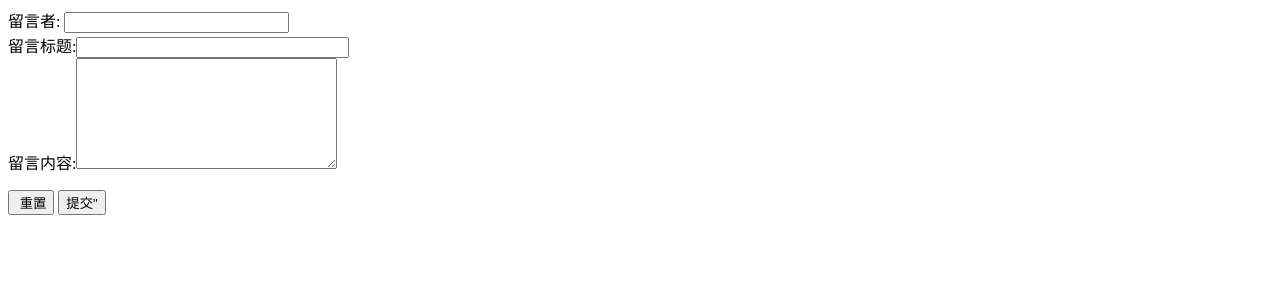
Repository: wikelgc/JSP
Page: http://localhost/HTML5_from/
The author's editor kept a copy of each file at every save. The page is drawn from the files as they stood at one save, then again after the next save.
The browser window is 1280 px wide. The pictures show the whole page.
The page is served by Tomcat 9.

Above is the page before, as saved 2015-06-02 08:07:15.

After the next save:
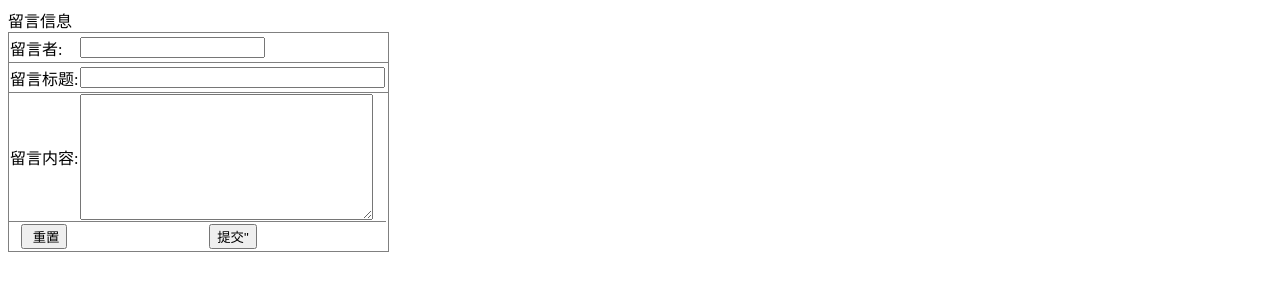
Saved 10 min 2 s later.
--- a/HTML5_from/WebRoot/index.jsp
+++ b/HTML5_from/WebRoot/index.jsp
@@ -1,34 +1,25 @@
 <%@ page language="java" import="java.util.*" pageEncoding="utf-8"%>
-<%
-String path = request.getContextPath();
-String basePath = request.getScheme()+"://"+request.getServerName()+":"+request.getServerPort()+path+"/";
-%>
 
 <!DOCTYPE HTML PUBLIC "-//W3C//DTD HTML 4.01 Transitional//EN">
 <html>
   <head>
-    <base href="<%=basePath%>">
-
-    <title>My JSP 'index.jsp' starting page</title>
-	<meta http-equiv="pragma" content="no-cache">
-	<meta http-equiv="cache-control" content="no-cache">
-	<meta http-equiv="expires" content="0">
-	<meta http-equiv="keywords" content="keyword1,keyword2,keyword3">
-	<meta http-equiv="description" content="This is my page">
-	<!--
-	<link rel="stylesheet" type="text/css" href="styles.css">
-	-->
+	  留言信息
   </head>
 
   <body>
     <from action = "addWord" method = "post">
-    	留言者:&nbsp<input type="text" name="author" size="25"><br>
-    	留言标题:<input type = "text" name = "title" size="31" ><br>
-    	留言内容:<textarea name = "content" rows= "7" cols = "30" ></textarea><br>
-    	<p>
-    	  <input type = "reset" value=" 重置">
-    	  <input type = "submit" value = 提交">
-    	</p>
+    	<table border = "1" rules = "rows">
+    		<tr height = "30">
+	    		<td>留言者:</td><td><input type="text" name="author" size="20"><td><tr>
+	    	<tr height = "30">
+	    		<td>留言标题:</td><td><input type = "text" name = "title" size="35" ><td><tr>
+	    	<tr>
+	    		<td>留言内容:</td><td><textarea name = "content" rows= "8" cols = "34" ></textarea></td></tr>
+	    	<tr align = "center" height = "30">
+	    	  	<td><input type = "reset" value=" 重置"></td>
+	    	  	<td><input type = "submit" value = 提交"></td>
+	    	</tr>
+    	</table>
     </from>
   </body>
 </html>
